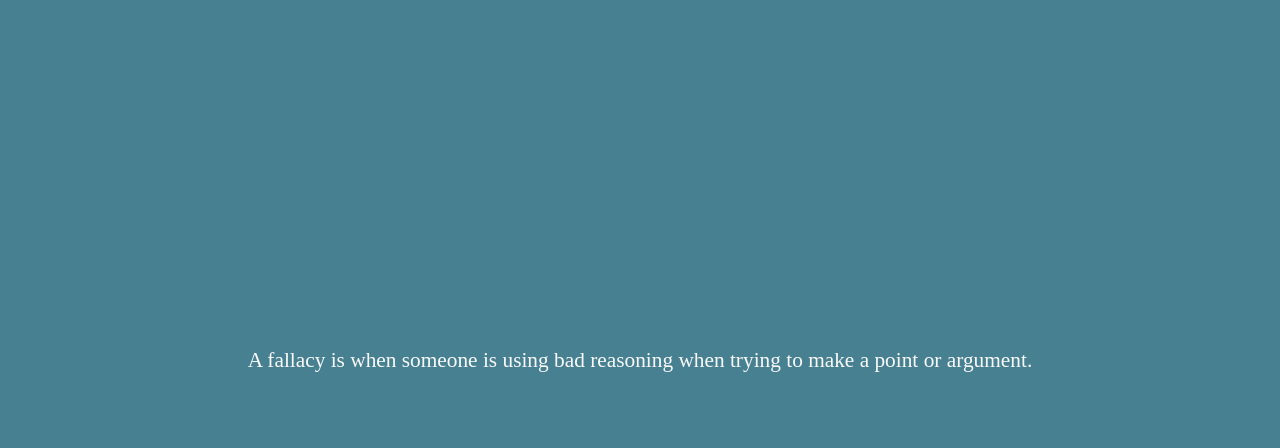
Repository: cindyvunguyen/fallacy
Page: index.html
The author's editor kept a copy of each file at every save. The page is drawn from the files as they stood at one save, then again after the next save.
The browser window is 1280 px wide. The pictures show the whole page.
Some web fonts or font styles are not loaded; a fallback is used.

Above is the page before, as saved 2020-03-13 19:37:51.

After the next save:
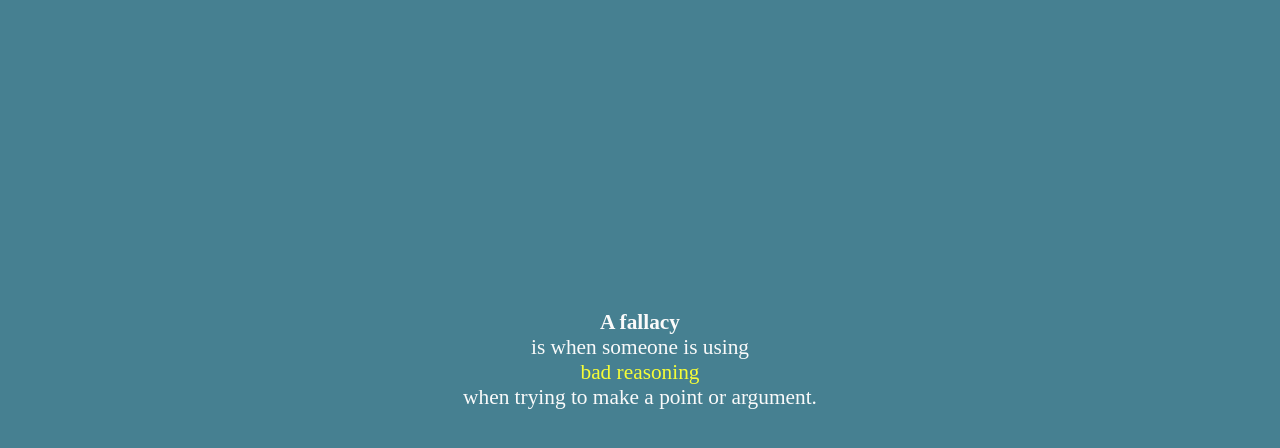
Saved 2 s later.
--- a/index.html
+++ b/index.html
@@ -51,7 +51,7 @@
         <div id="review-page">LET'S SUM UP<br>WHAT WE'VE GOT SO FAR!</div>
 
         <div id="review2-page">
-            A fallacy is when someone is using bad reasoning when trying to make a point or argument.
+            <span id="r2-bold">A fallacy</span> is when someone is using <span id="r2-emphasis">bad reasoning</span> when trying to make a point or argument.
         </div>
 
         <div id="fallacy-review-page"></div>
